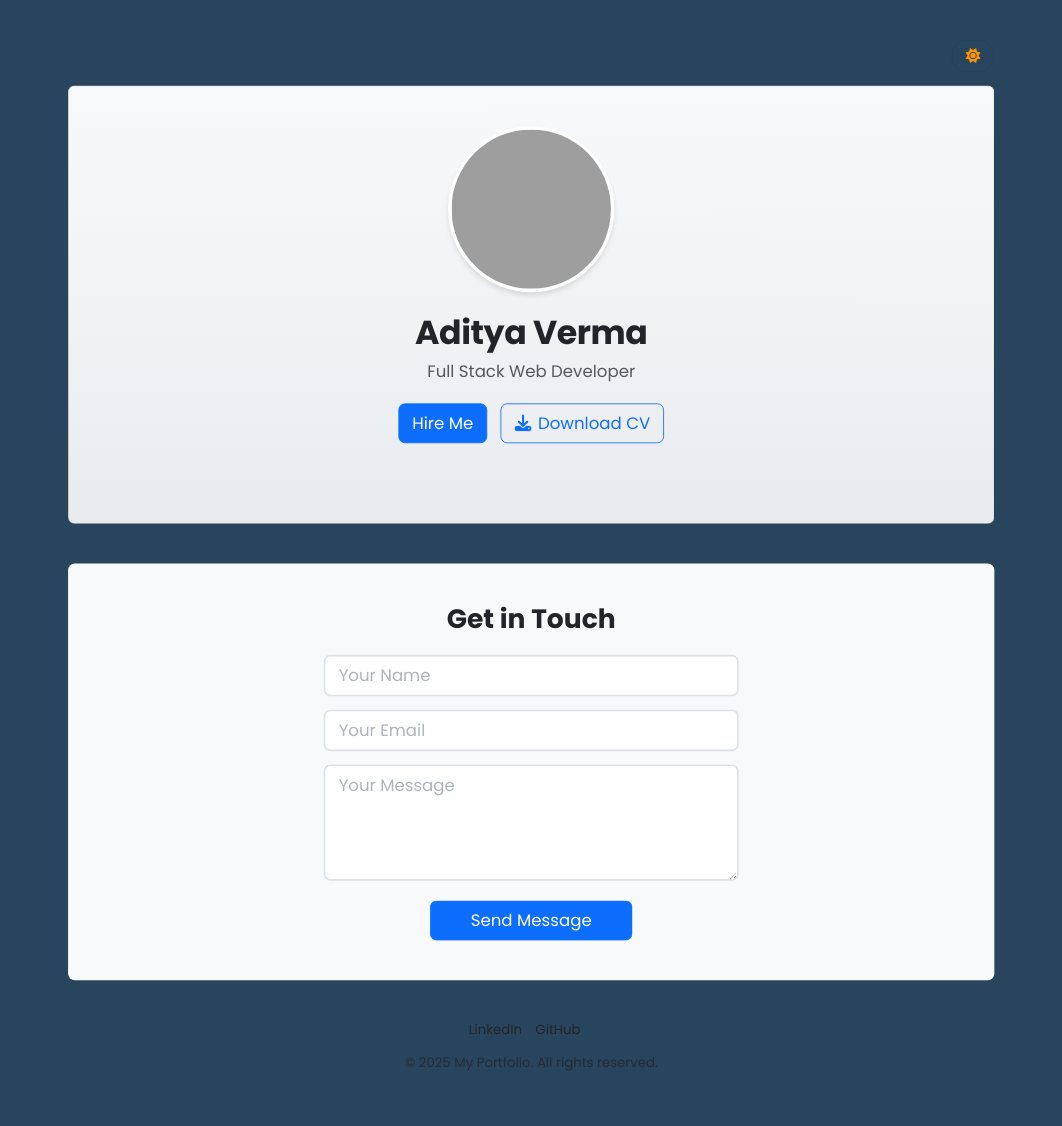
Repository: AdityaTech-Pro/FullStackWithBridgelabz
Page: Assignment10/Personal Portfolio Basics using Bootstrap Utilities/index.html
An editor plug-in stored every save of this project. The page is shown before and after a run of saves, followed by the edit.
The browser window is 1280 px wide. The pictures show the whole page, at 83% of full size.
Pictures or frames that could not be fetched are drawn as grey boxes.

Above is the page before, as saved 2025-11-10 11:43:51.

After the next 2 saves:
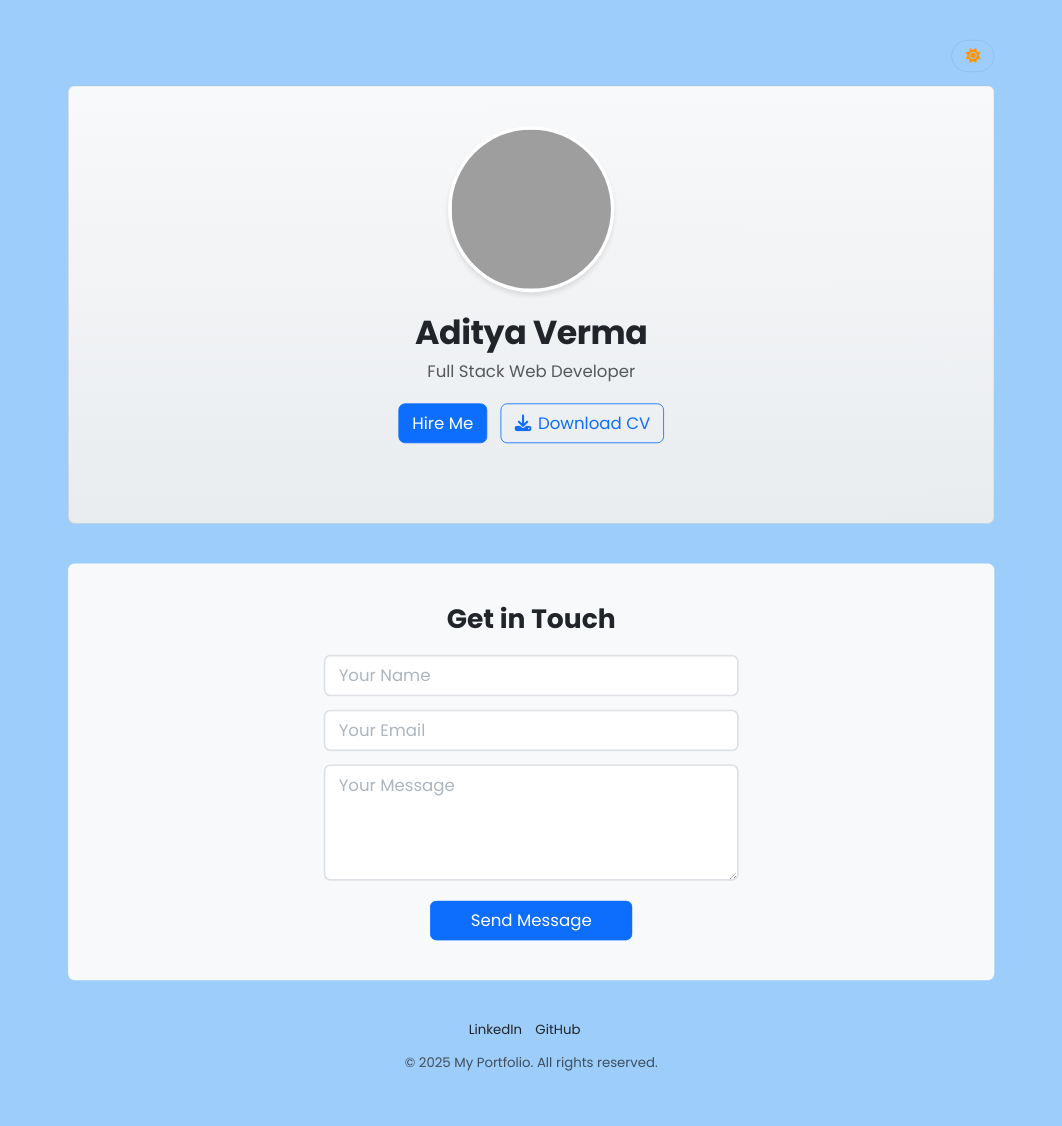
The 2 saves are shown as one change because they came seconds apart.
The last was saved 13 s later.
--- a/Assignment10/Personal Portfolio Basics using Bootstrap Utilities/index.html
+++ b/Assignment10/Personal Portfolio Basics using Bootstrap Utilities/index.html
@@ -17,7 +17,7 @@
         /* Custom styles to complement Bootstrap */
 
          :root {
-            --bg: #29445d;
+            --bg: #9dcdfa;
             --card-bg: #ffffff;
             --accent: #0d6efd;
             --text: #212529;
